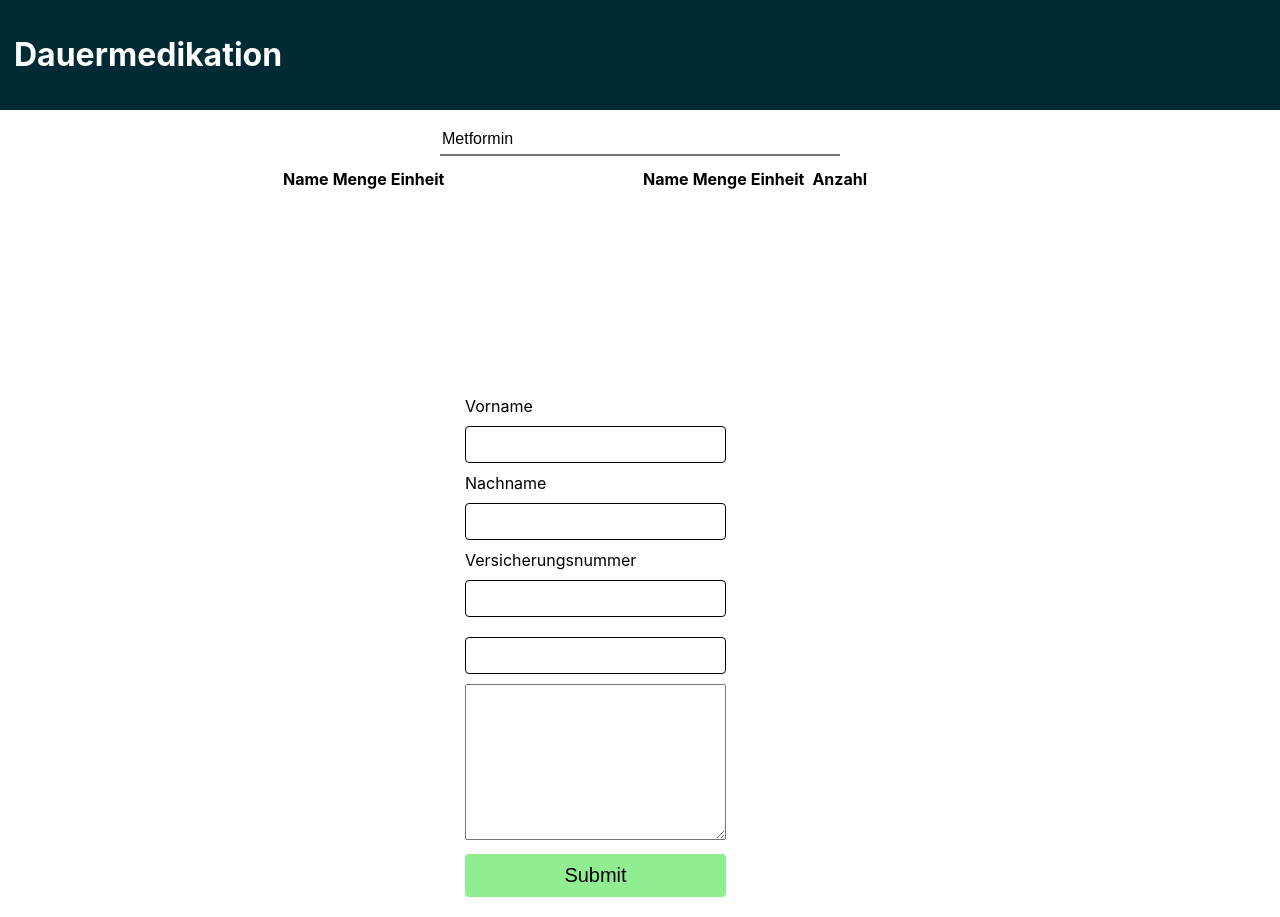
Repository: Esatollah/MedDemo
Page: / (app in client/)
An editor plug-in stored every save of this project. The page is shown before and after the next save, followed by the edit.
The browser window is 1280 px wide. The pictures show the whole page.
The page's requests for data from a server got no answer. The project was rebuilt for these pictures with package versions that can differ from the ones it lists, and the page was loaded fresh each time. No one was signed in, and anything a server would have sent is missing. Also part of the build but not shown: client/src/Routes/Bestellungen.jsx.

Above is the page before, as saved 2022-06-10 16:06:36.

After the next save:
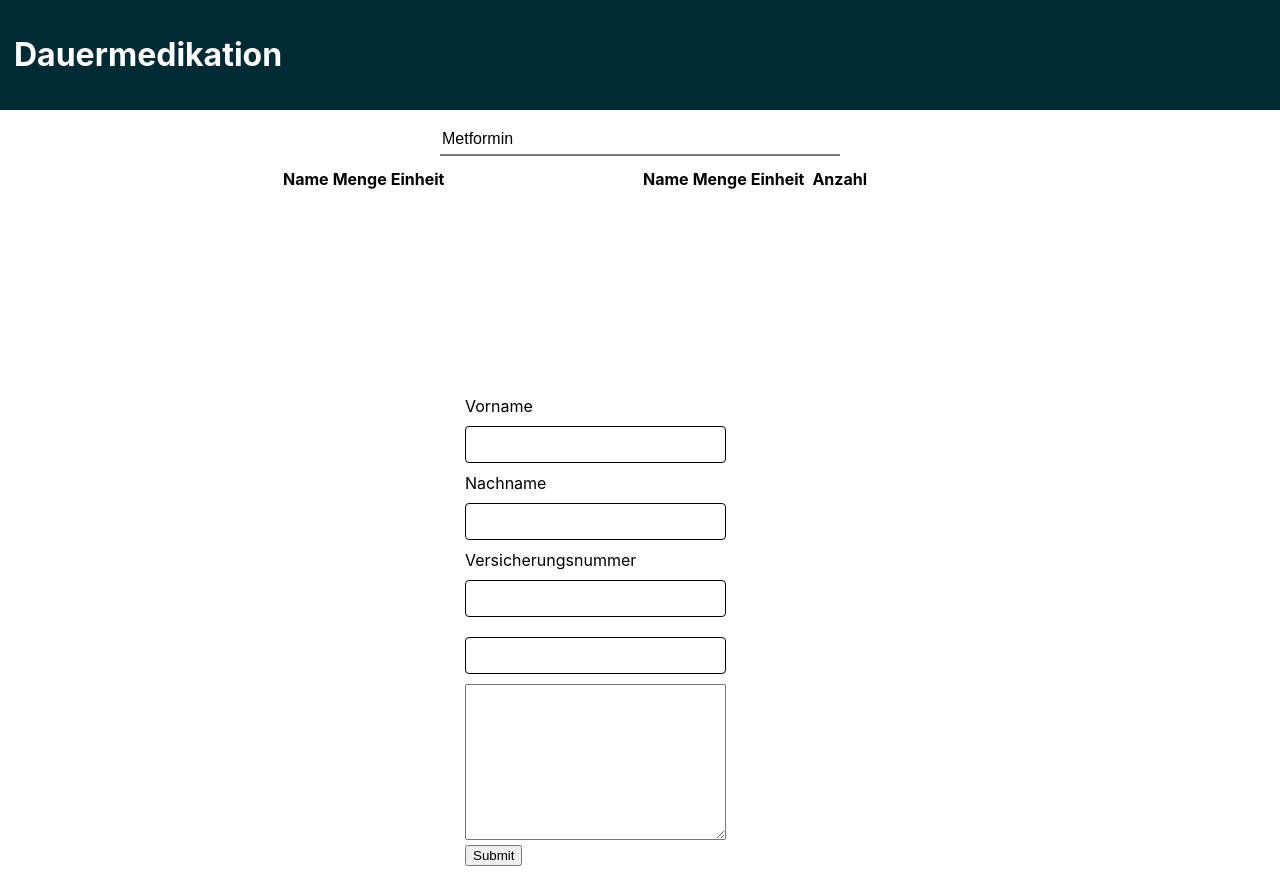
Saved 90 s later.
--- a/client/src/Styles/FormStyles.js
+++ b/client/src/Styles/FormStyles.js
@@ -16,7 +16,7 @@ export const FormWrap = styled.div`
         border: .5px solid;
         margin: 10px 0;
     }
-    input[type=submit] {
+    .Names {
         width: 100%;
         padding: 10px;
         margin:10px 0;
